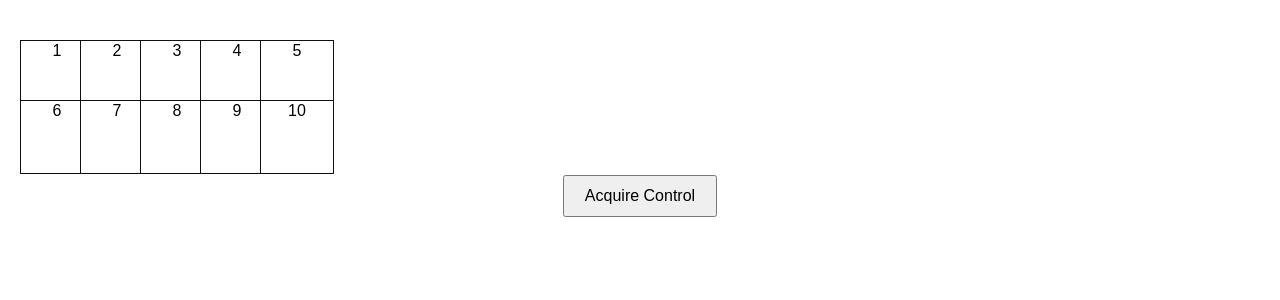
Repository: sahelipaul17/appYogi
Page: public/index.html
The author's editor kept a copy of each file at every save. The page is drawn from the files as they stood at one save, then again after the next save.
The browser window is 1280 px wide. The pictures show the whole page.

Above is the page before, as saved 2023-07-28 09:43:24.

After the next save:
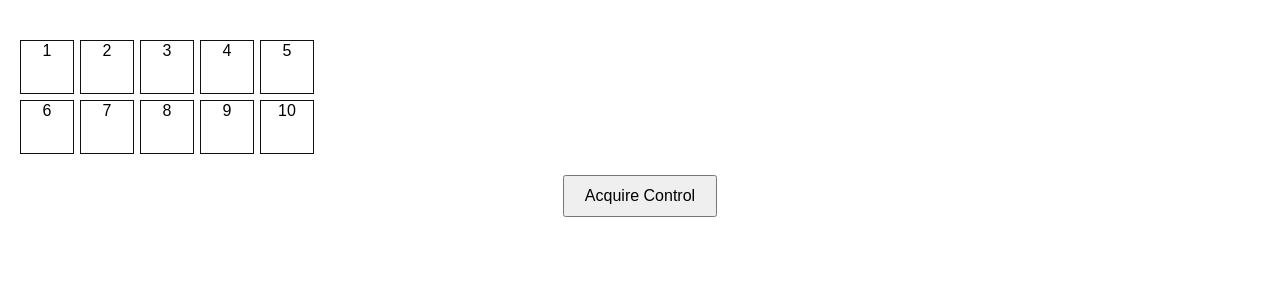
Saved 18 s later.
--- a/public/styles.css
+++ b/public/styles.css
@@ -14,8 +14,8 @@ body {
   }
 
   .key {
-    width: 70px;
-    height: 70px;
+    width: 50px;
+    height: 50px;
     padding: 1px;
     background-color: white;
     border: 1px solid #111010;
